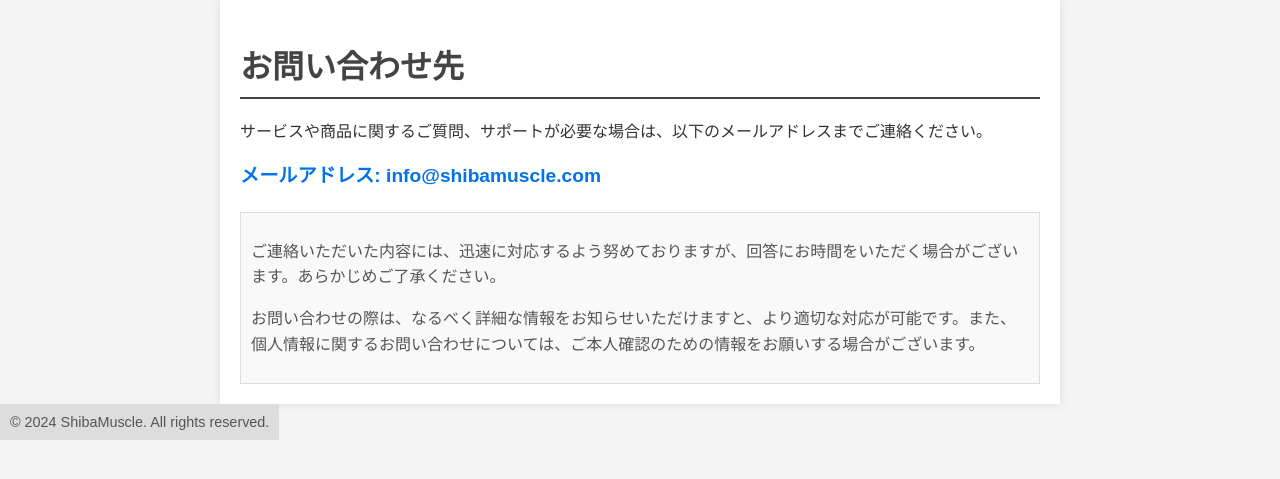
Repository: Takahshiba/shibamuscle.github.io
Page: ShibaMuscle/Others/Contact.html
The author's editor kept a record of every edit. The page is drawn from the files as they stood at one moment, then again after the next edit.
The browser window is 1280 px wide. The pictures show the whole page.

Above is the page before.

### ShibaMuscle/Others/Contact.html
<!DOCTYPE html>
<html lang="ja">
<head>
    <meta charset="UTF-8">
    <meta name="viewport" content="width=device-width, initial-scale=1.0">
    <title>お問い合わせ先</title>
    <style>
        body {
            font-family: Arial, sans-serif;
            margin: 0;
            padding: 0;
            background-color: #f4f4f4;
            color: #333;
        }
        .container {
            max-width: 800px;
            margin: 0 auto;
            padding: 20px;
            background: #fff;
            box-shadow: 0 0 10px rgba(0, 0, 0, 0.1);
        }
        h1 {
            color: #444;
            border-bottom: 2px solid #444;
            padding-bottom: 10px;
            margin-bottom: 20px;
        }
        p {
            line-height: 1.6;
        }
        .email {
            font-size: 1.2em;
            font-weight: bold;
            margin-top: 10px;
            color: #0073e6;
        }
        .email a {
            text-decoration: none;
            color: #0073e6;
        }
        .email a:hover {
            text-decoration: underline;
        }
        .note {
            margin-top: 20px;
            padding: 10px;
            background: #f9f9f9;
            border: 1px solid #ddd;
            color: #555;
        }
        footer {
            text-align: center;
            margin-top: auto;
    　　　　width: 100%;
            padding: 10px;
            background: #ddd;
            font-size: 0.9em;
            color: #555;
            position: fixed;
        }
    </style>
</head>
<body>
    <div class="container">
        <h1>お問い合わせ先</h1>
        <p>
            サービスや商品に関するご質問、サポートが必要な場合は、以下のメールアドレスまでご連絡ください。
        </p>
        <p class="email">
            メールアドレス: <a href="mailto:info@shibamuscle.com">info@shibamuscle.com</a>
        </p>
        <div class="note">
            <p>
                ご連絡いただいた内容には、迅速に対応するよう努めておりますが、回答にお時間をいただく場合がございます。あらかじめご了承ください。
            </p>
            <p>
                お問い合わせの際は、なるべく詳細な情報をお知らせいただけますと、より適切な対応が可能です。また、個人情報に関するお問い合わせについては、ご本人確認のための情報をお願いする場合がございます。
            </p>
        </div>
    </div>

    <footer>
        &copy; 2024 ShibaMuscle. All rights reserved.
    </footer>
</body>
</html>

After the next edit:
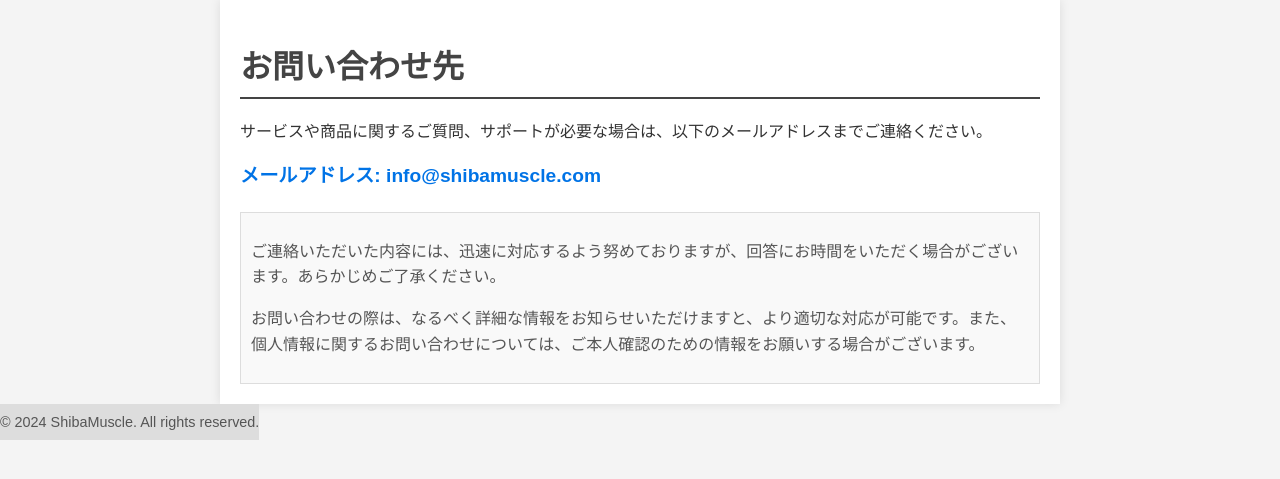
The edit:
--- a/ShibaMuscle/Others/Contact.html
+++ b/ShibaMuscle/Others/Contact.html
@@ -52,7 +52,7 @@
             text-align: center;
             margin-top: auto;
     　　　　width: 100%;
-            padding: 10px;
+            padding: 10px 0;
             background: #ddd;
             font-size: 0.9em;
             color: #555;
